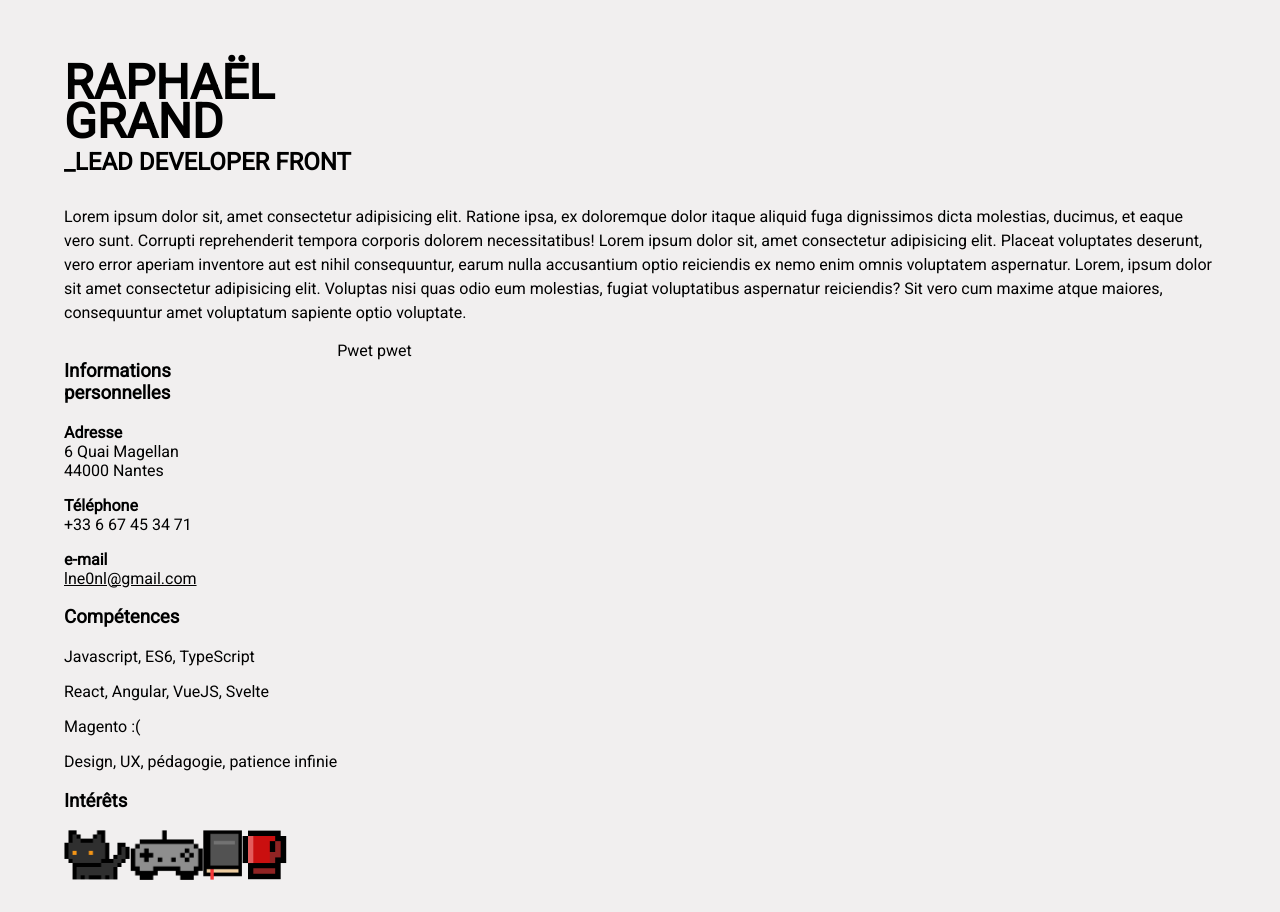
Repository: lne0nl/resume
Page: index.html
The author's editor kept a copy of each file at every save. The page is drawn from the files as they stood at one save, then again after a run of saves.
The browser window is 1280 px wide. The pictures show the whole page.

Above is the page before, as saved 2021-12-10 11:06:12.

After the next 4 saves:
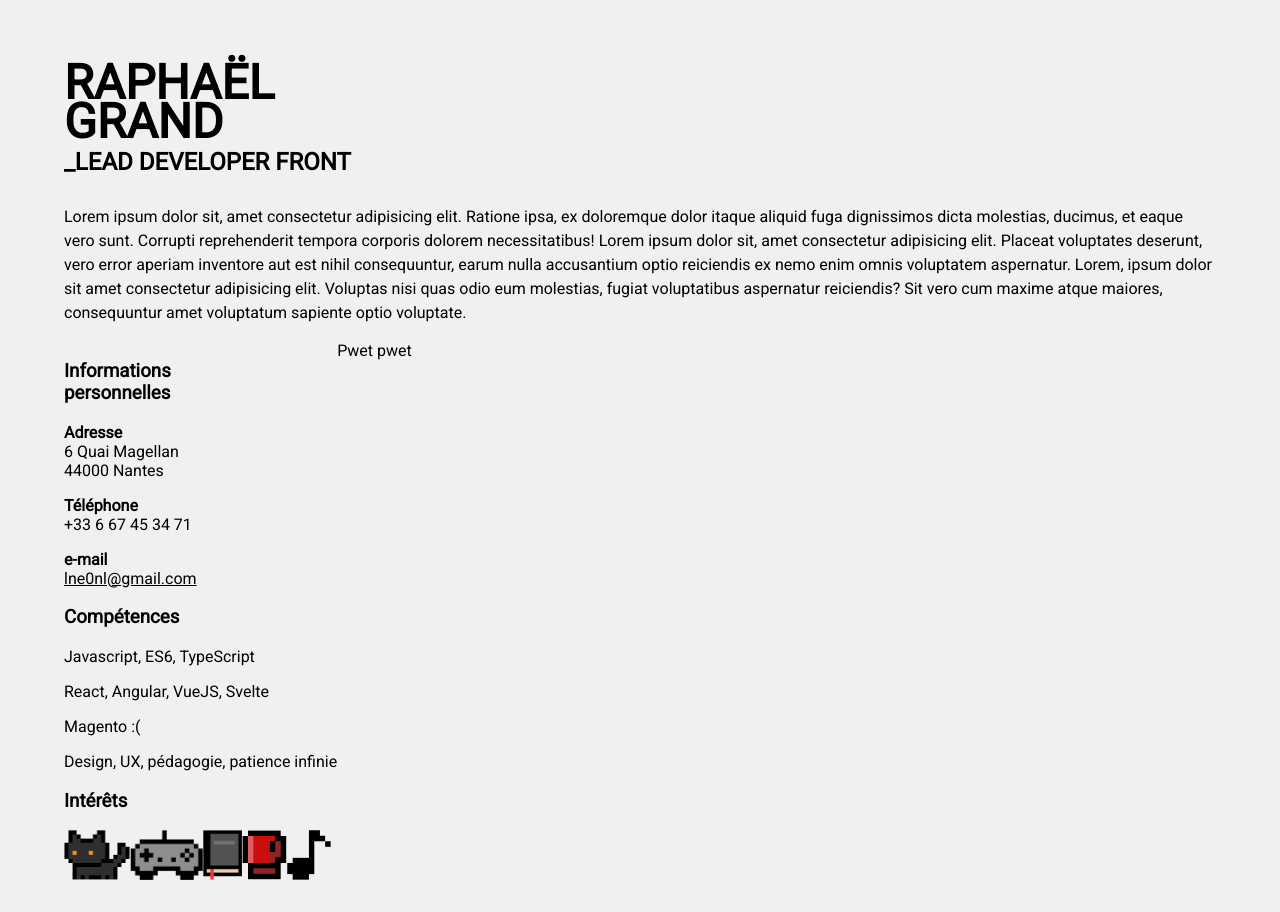
The 4 saves are shown as one change because they came seconds apart.
The last was saved 109 s later.
--- a/index.html
+++ b/index.html
@@ -66,7 +66,7 @@
             <img src="images/pad.png" alt="video games" title="Jeux Vidéo">
             <img src="images/book.png" alt="book" title="Littérature">
             <img src="images/gloves.png" alt="boxing gloves" title="Boxe Française">
-
+            <img src="images/music.png" alt="music" srcset="">
           </div>
           <!-- <ul class="interests">
             <li title="Animaux"><img src="images/cat.png" alt="animals"></li>
